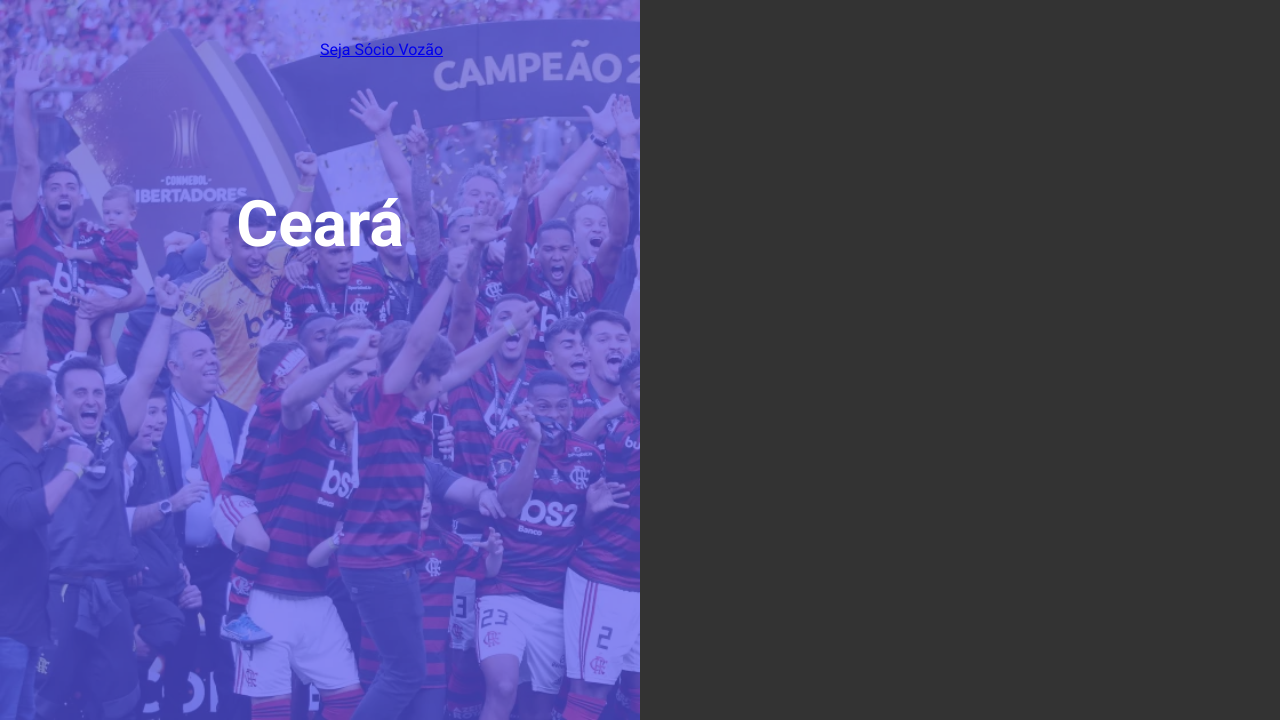
Repository: Williamlmachado/Divis-o-de-P-gina
Page: index.html
An editor plug-in stored every save of this project. The page is shown before and after the next save, followed by the edit.
The browser window is 1280 px wide. The pictures show the whole page.

Above is the page before, as saved 2021-08-17 09:53:19.

### index.html
<!DOCTYPE html>
<html lang="en">
  <head>
    <meta charset="UTF-8" />
    <meta name="viewport" content="width=device-width, initial-scale=1.0" />
    <link rel="stylesheet" href="style.css" />
    <title>Split Landing Page
    </title>
  </head>
  <body>
      <div class="container">
          <div class="split left">
              <h1>Flamengo</h1>
              <a href="#" class="btn">Seja Sócio Nação</a>
          </div>
          <div class="split left">
            <h1>Ceará</h1>
            <a href="#" class="btn">Seja Sócio Vozão</a>
        </div>
      </div>
      <script src="script.js"></script>
  </body>
</html>

### style.css
@import url('https://fonts.googleapis.com/css2?family=Roboto:wght@400;700&display=swap');

:root {
  --left-bg-color: rgba(87, 84, 236, 0.7);
  --right-bg-color: rgba(43, 43, 43, 0.8);
  --left-btn-hover-color: rgba(87, 84, 236, 1);
  --right-btn-hover-color: rgba(28, 122, 28, 1);
  --hover-width: 75%;
  --other-width: 25%;
  --speed: 1000ms;
}

* {
  box-sizing: border-box;
}

body {
  font-family: 'Roboto', sans-serif;
  height: 100vh;
  overflow: hidden;
  margin: 0;
}
h1{
 font-size: 4rem;
 color: #fff;
 position: absolute;
 left: 50%;
 top:20%;
 transform: translateX(-50%);
 white-space: nowrap;
}
.btn{
    position: absolute;
    left: 50%;
    top: 40px;
    transform: translateX();
}
.container {
    position: relative;
    width: 100%;
    height: 100%;
    background: #333;
  }

  .split {
    position: absolute;
    width: 50%;
    height: 100%;
    overflow: hidden;
  }
.split.left{
    left:0;
    background: url('flamengo-v-river-plate-copa-conmebol-libertadores-2019-5dd9bc78727cd99309000001.webp');
    background-repeat: no-repeat;
    background-size: cover;

}
.split.left::before{
    content: '';
    position: absolute;
    width: 100%;
    height: 100%;
    background-color: var(--left-bg-color);
}
.split.right{
    right: 0;
    background: url('img-9633.webp');
    background-repeat: no-repeat;
    background-size: cover;
}
.split.right::before{
    content: '';
    position: absolute;
    width: 100%;
    height: 100%;
    background-color: var(--right-bg-color);
}

Loaded but not shown: script.js (no copy from this time; the picture is the same without it)

After the next save:
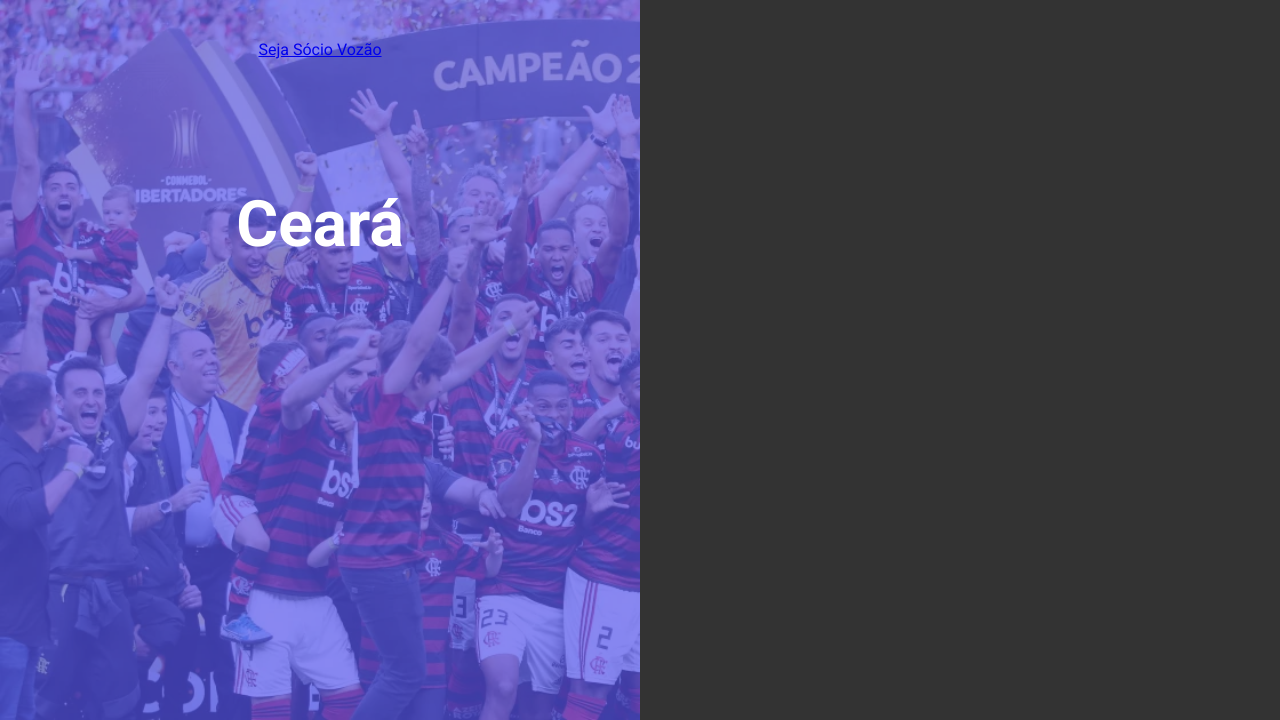
Saved 7 s later.
--- a/style.css
+++ b/style.css
@@ -33,7 +33,8 @@
     position: absolute;
     left: 50%;
     top: 40px;
-    transform: translateX();
+    transform: translateX(-50%);
+
 }
 .container {
     position: relative;
